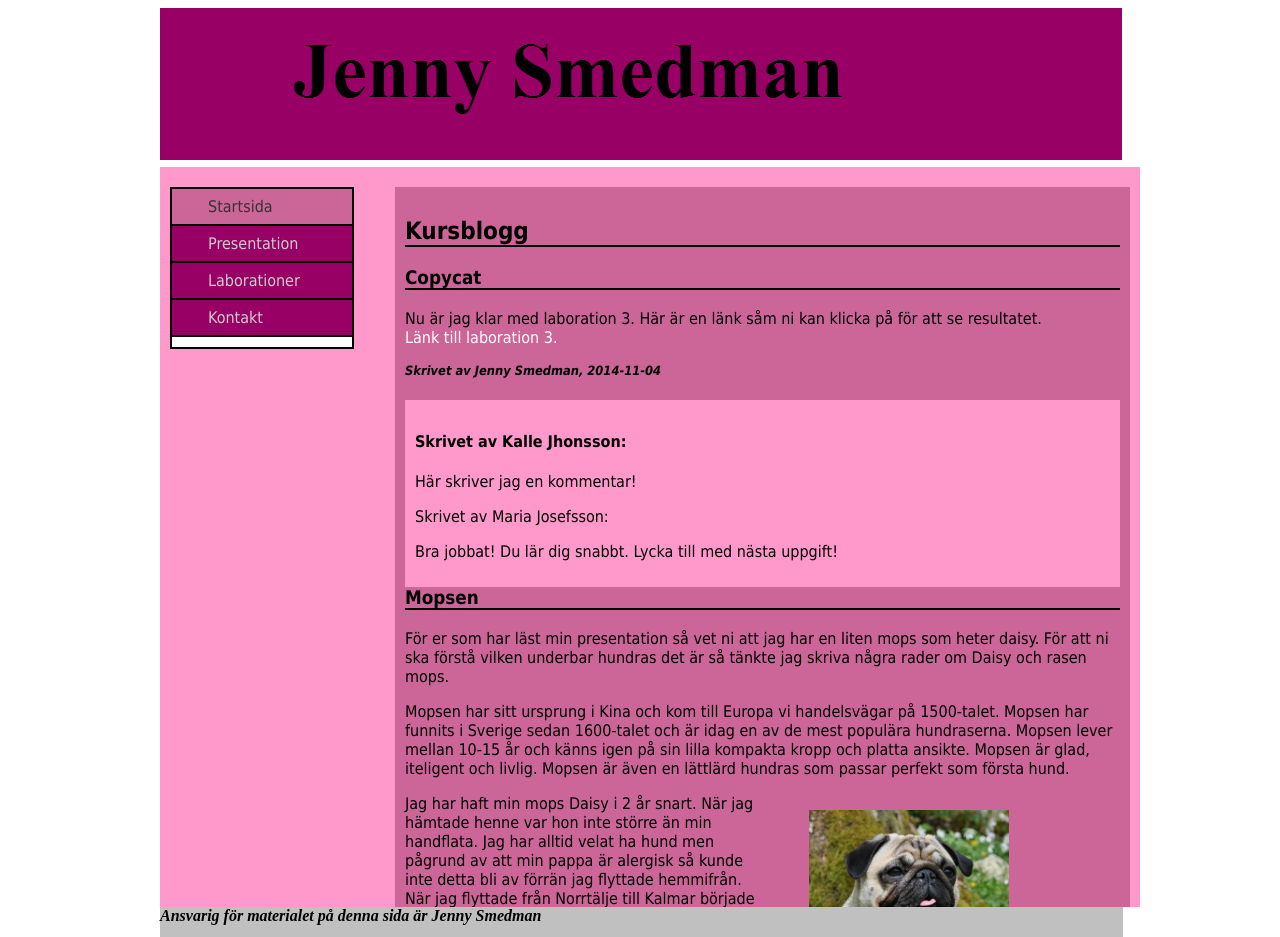
Repository: js223mx/1ik415-js223mx-laborationer
Page: pages/lab5index.html
The author's editor kept a record of every edit. The page is drawn from the files as they stood at one moment, then again after the next edit.
The browser window is 1280 px wide. The pictures show the whole page.
An inner scrolling area shows only its first screen.

Above is the page before.

After the next edit:
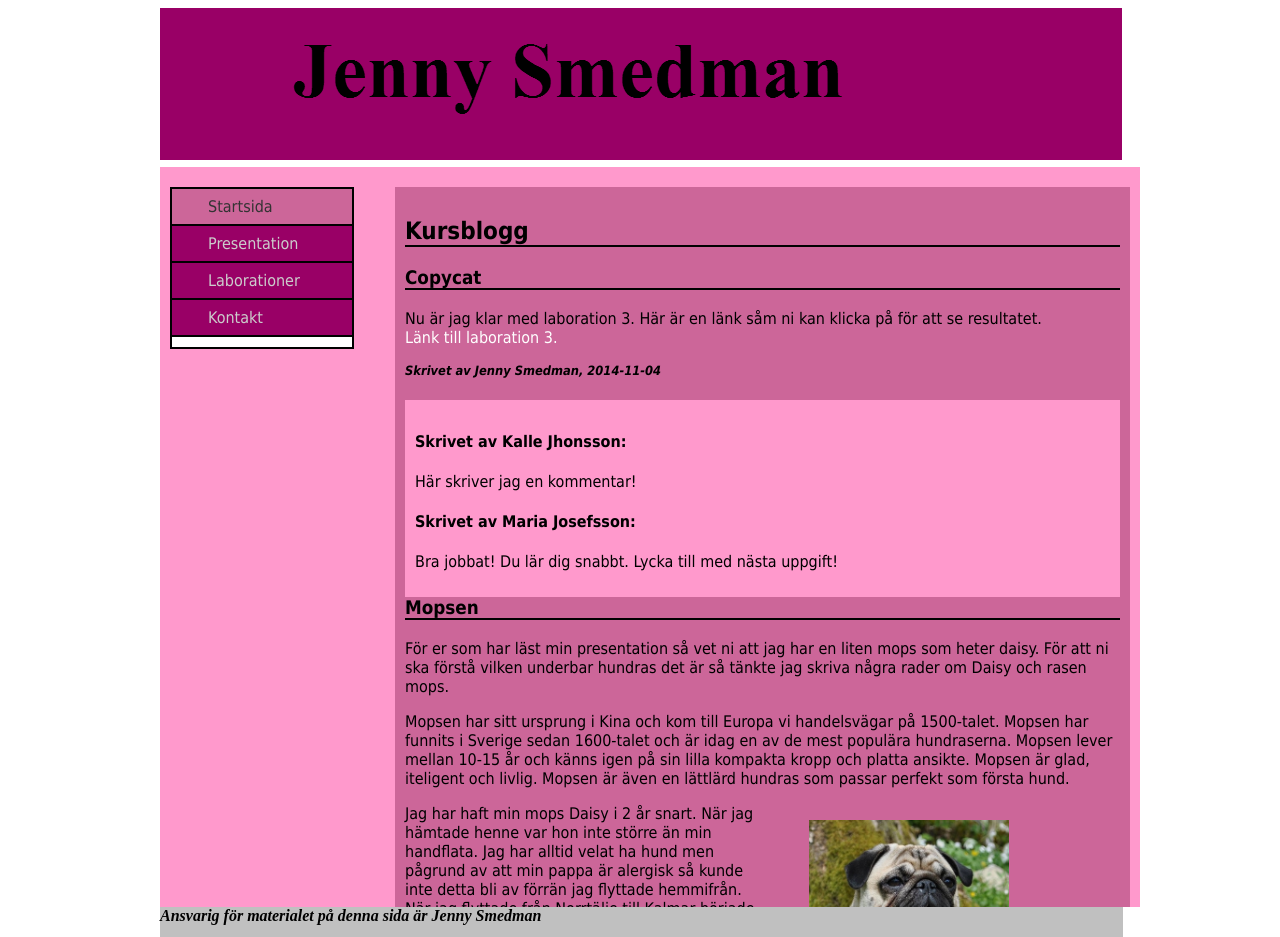
The edit:
--- a/pages/lab5index.html
+++ b/pages/lab5index.html
@@ -43,7 +43,9 @@
                     <h4 class="skrivet">Skrivet av Kalle Jhonsson:</h4>
                     <p>Här skriver jag en kommentar!</p>
                     </div>
-                    <div>Skrivet av Maria Josefsson:
+
+                    <div>
+                    <h4 class="skrivet">Skrivet av Maria Josefsson:</h4>
                     <p>Bra jobbat! Du lär dig snabbt. Lycka till med nästa uppgift!</p>
                     </div>
                 </section>
